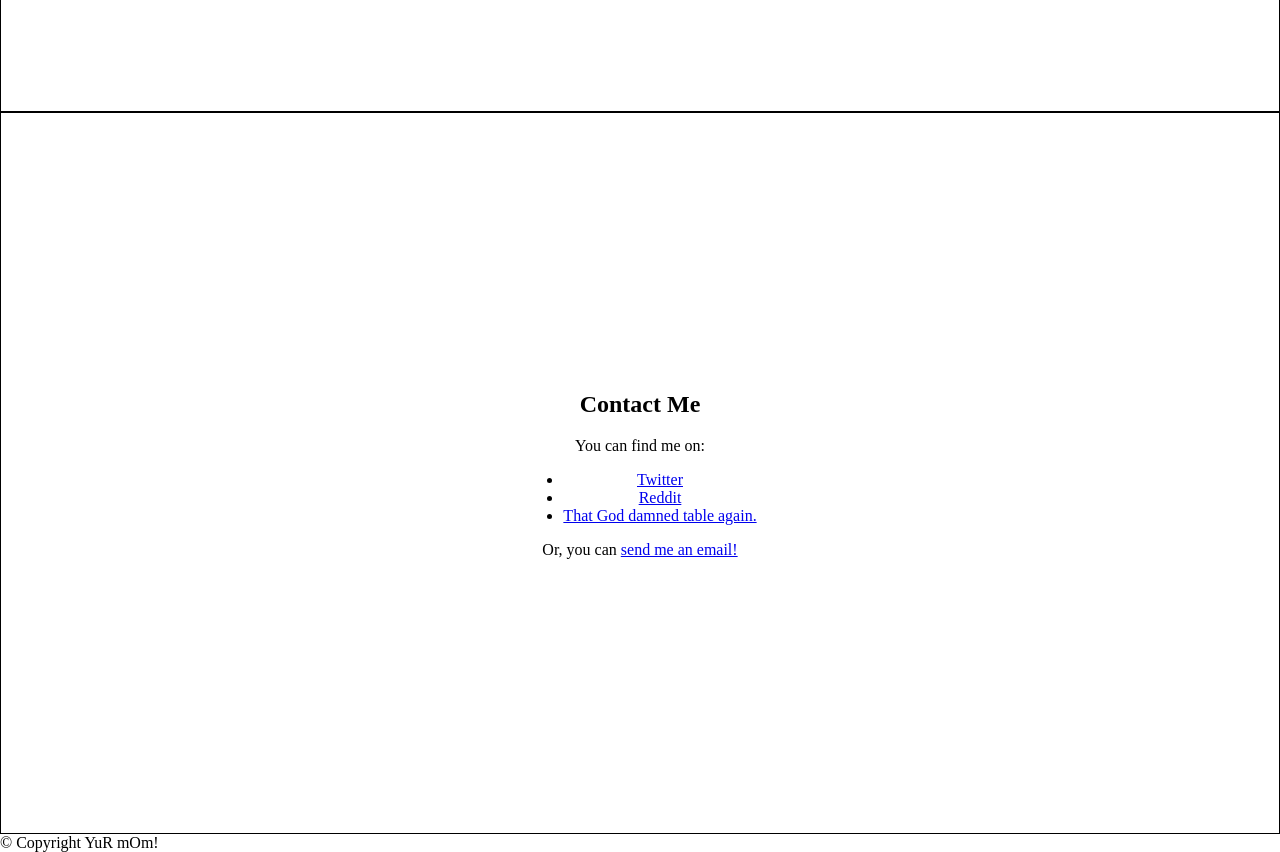
Repository: TheAnonyMOST/codersrank-tutorial
Page: index.html
These files come from the project's save history. The page is drawn as it stood at one moment and after the next save; the edit follows.
The browser window is 1280 px wide. The pictures show the part of the page from y = 1382 to 2334 px (the page is 2234 px tall before and 2334 px after).
A picture or video elsewhere on the page could not be fetched, so the positions and the page height are approximate.

Above is the page before, as saved 2020-03-22 15:19:48.

After the next save:
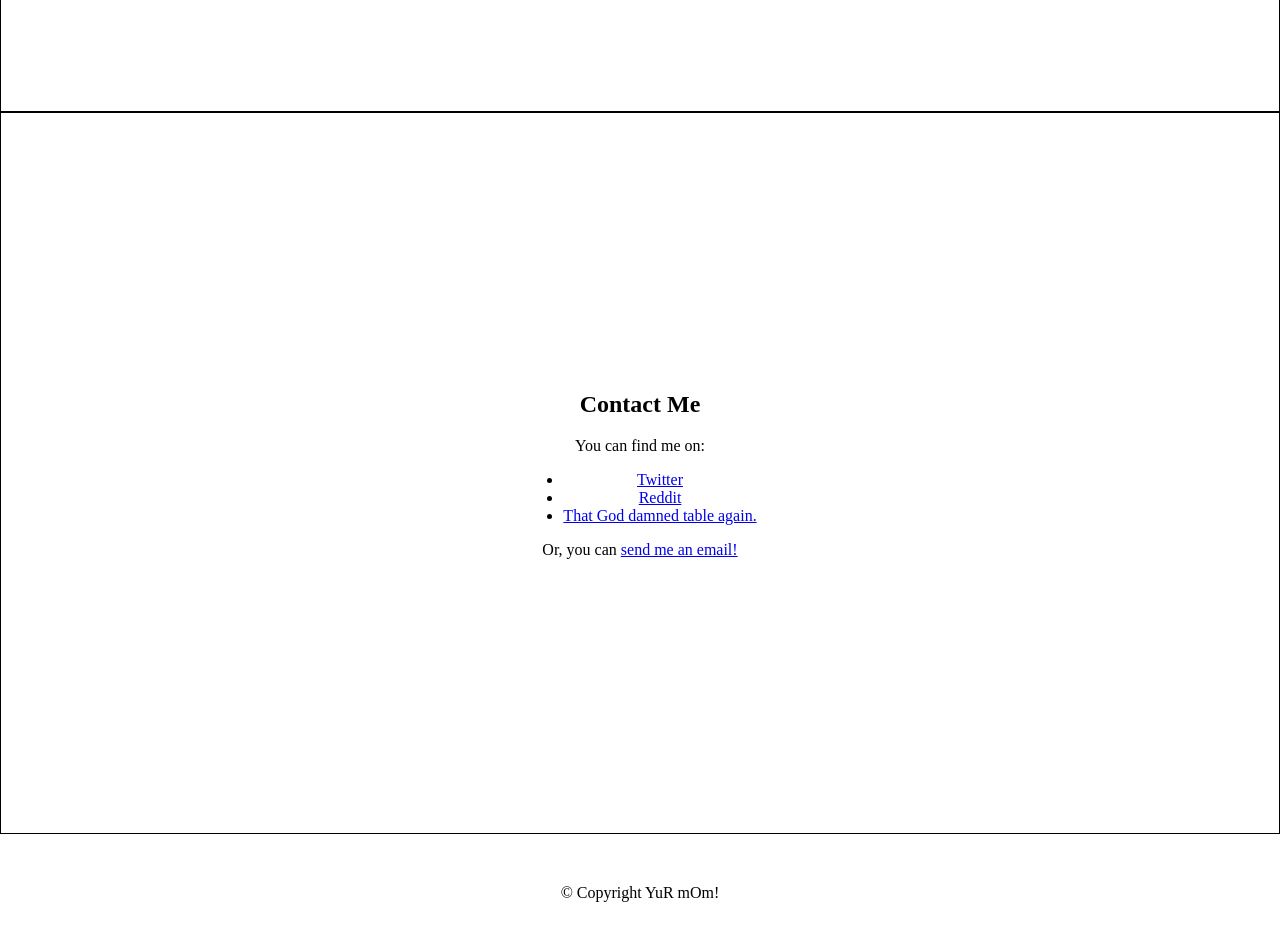
Saved 59 min 9 s later.
--- a/style.css
+++ b/style.css
@@ -1,45 +1,45 @@
 body {
-  margin: 0;
-  margin-top: 50px;
+    margin: 0;
+    margin-top: 50px;
 }
 
 header {
-  display: flex;
-  position: fixed;
-  top: 0;
-  left: 0;
-  right: 0;
-  height: 50px;
-  line-height: 50px;
-  background-color: #eee;
+    display: flex;
+    position: fixed;
+    top: 0;
+    left: 0;
+    right: 0;
+    height: 50px;
+    line-height: 50px;
+    background-color: #eee;
 }
 
 header * {
-  display: inline;
+    display: inline;
 }
 
 header ul {
-  padding: 0;
+    padding: 0;
 }
 
 header li {
-  margin-left: 20px;
+    margin-left: 20px;
 }
 
 section {
-  height: 100vh;
-  border: 1px solid black;
-  display: flex;
-  justify-content: center;
-  align-items: center;
-  text-align: center;
+    height: 100vh;
+    border: 1px solid black;
+    display: flex;
+    justify-content: center;
+    align-items: center;
+    text-align: center;
 }
 
 #hero .profile-img {
-  width: 300px;
+    width: 300px;
 }
 
-foot4r {
-  text-align: center;
-  padding: 50px;
+footer {
+    text-align: center;
+    padding: 50px;
 }
